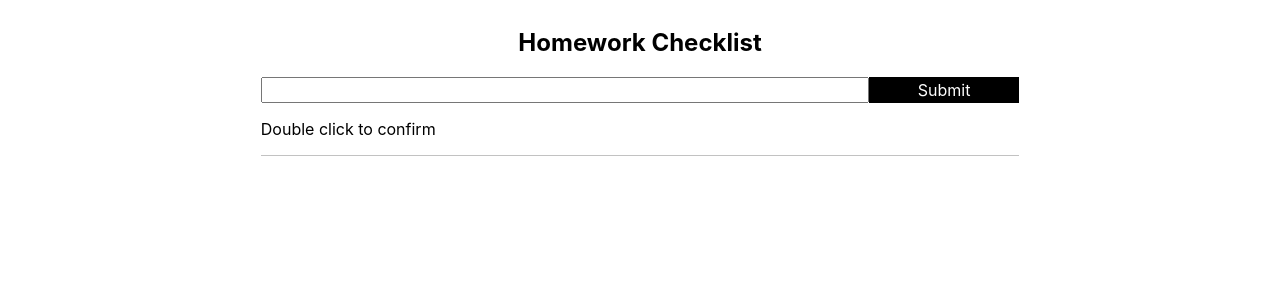
Repository: irenewuu/comp4130_checklist
Page: index.html
An editor plug-in stored every save of this project. The page is shown before and after the next save, followed by the edit.
The browser window is 1280 px wide. The pictures show the whole page.

Above is the page before, as saved 2022-01-12 15:12:52.

After the next save:
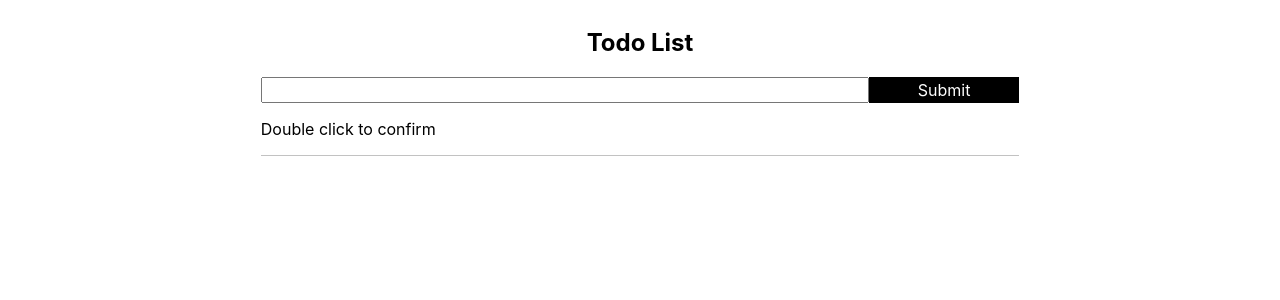
Saved 4 min 55 s later.
--- a/index.html
+++ b/index.html
@@ -11,7 +11,7 @@
     <div class="main">
       <!-- title area -->
       <div class="title">
-      <h2>Homework Checklist</h2>
+      <h2>Todo List</h2>
       </div>
       <!-- input area -->
       <form class="input">
